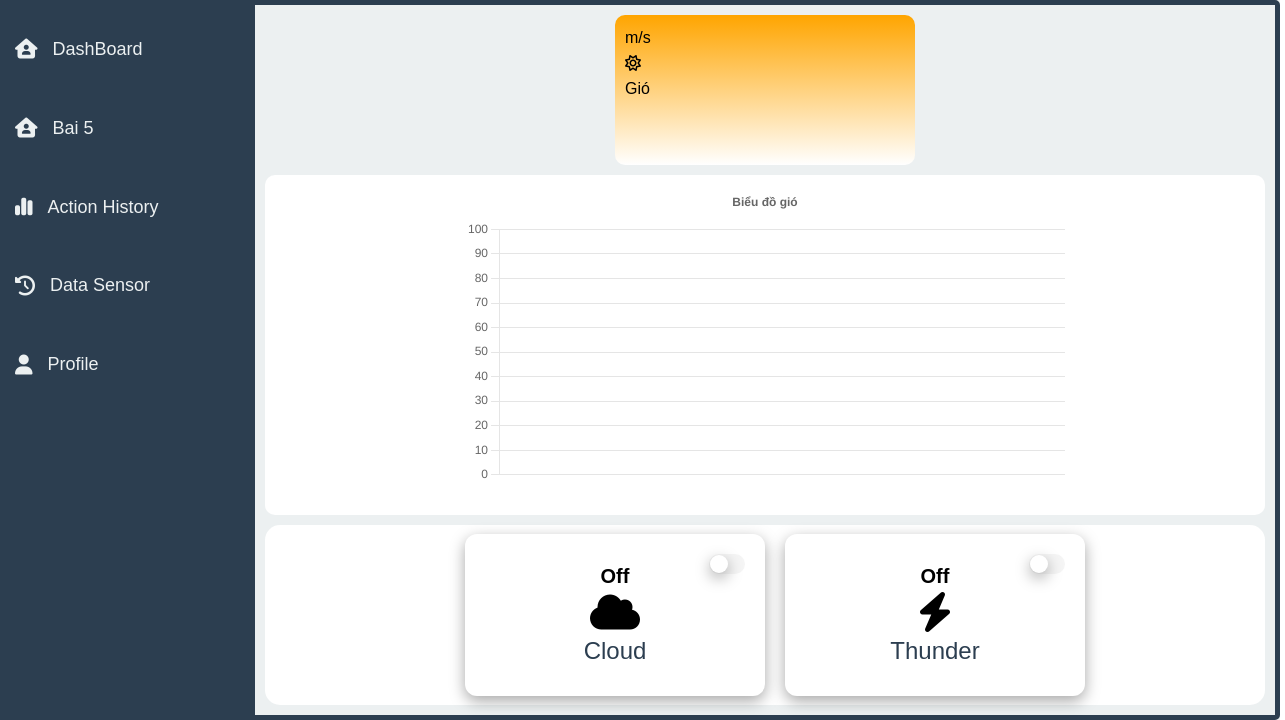
Repository: duongnoob23/duyyyy
Page: /bai5 (app in iot/)
An editor plug-in stored every save of this project. The page is shown before and after the next save, followed by the edit.
The browser window is 1280 px wide. The page is 1285 px wide, so the pictures cover 1285 px, including what lies to the right of the window. The pictures show the whole page.
The page's requests for data from a server got no answer. Some web libraries are served in a nearby version. The project was rebuilt for these pictures with package versions that can differ from the ones it lists, and the page was loaded fresh each time. No one was signed in, and anything a server would have sent is missing. Also part of the build but not shown: iot/src/App.css, iot/src/Components/Doughnut/GaugeChart.js, iot/src/Components/LineChart/LineChartECharts.js, iot/src/Pages/Home/Home.js, iot/src/Pages/DataLogs/DataLogs.js, iot/src/Pages/Profile/Profile.css, iot/src/Pages/Profile/Profile.js, iot/src/Pages/Action/Action.js and 1 more.

Above is the page before, as saved 2024-12-02 21:57:39.

After the next save:
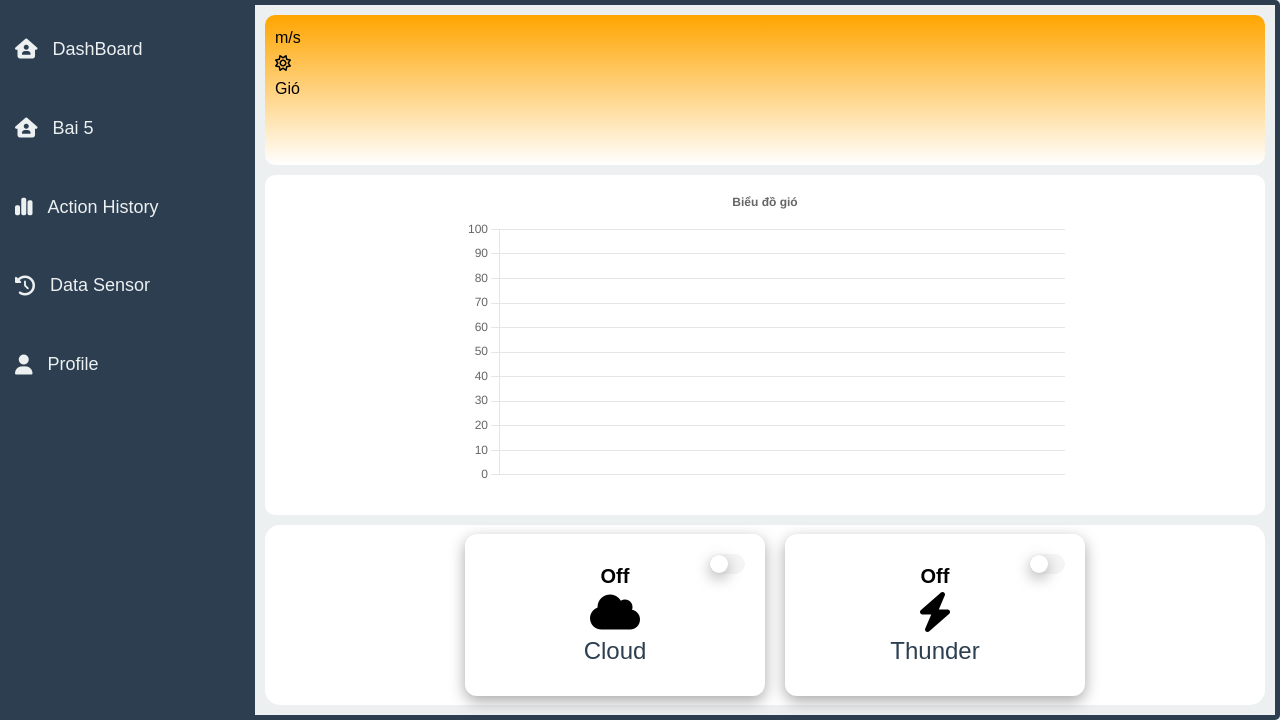
Saved 2 min 14 s later.
--- a/iot/src/Pages/Bai5/Bai5.css
+++ b/iot/src/Pages/Bai5/Bai5.css
@@ -237,7 +237,7 @@
 .bai5{
     background-color: white;
     margin: 0 auto;
-    width: 300px;
+    width: 100%;
     height: 25%;
     margin-bottom: 10px;
     border-radius: 10px;

After the save that followed:
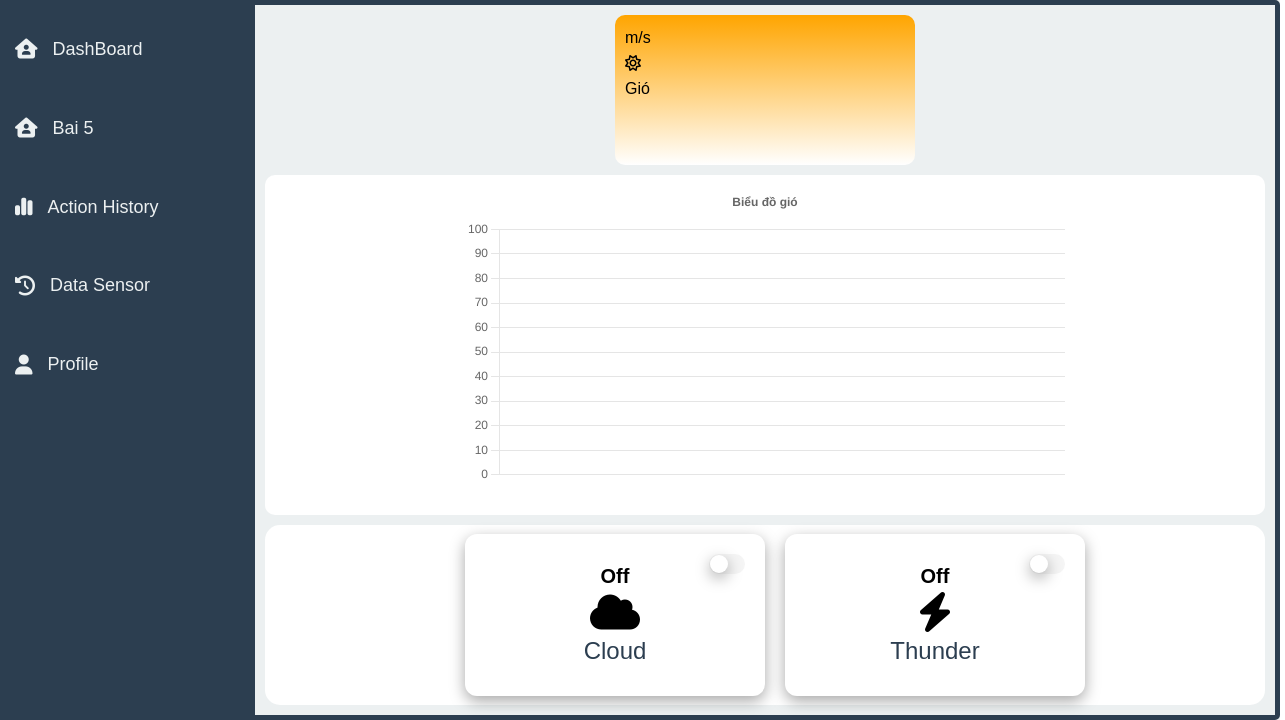
Saved 12 s later.
--- a/iot/src/Pages/Bai5/Bai5.css
+++ b/iot/src/Pages/Bai5/Bai5.css
@@ -237,7 +237,7 @@
 .bai5{
     background-color: white;
     margin: 0 auto;
-    width: 100%;
+    width: 300px;
     height: 25%;
     margin-bottom: 10px;
     border-radius: 10px;
